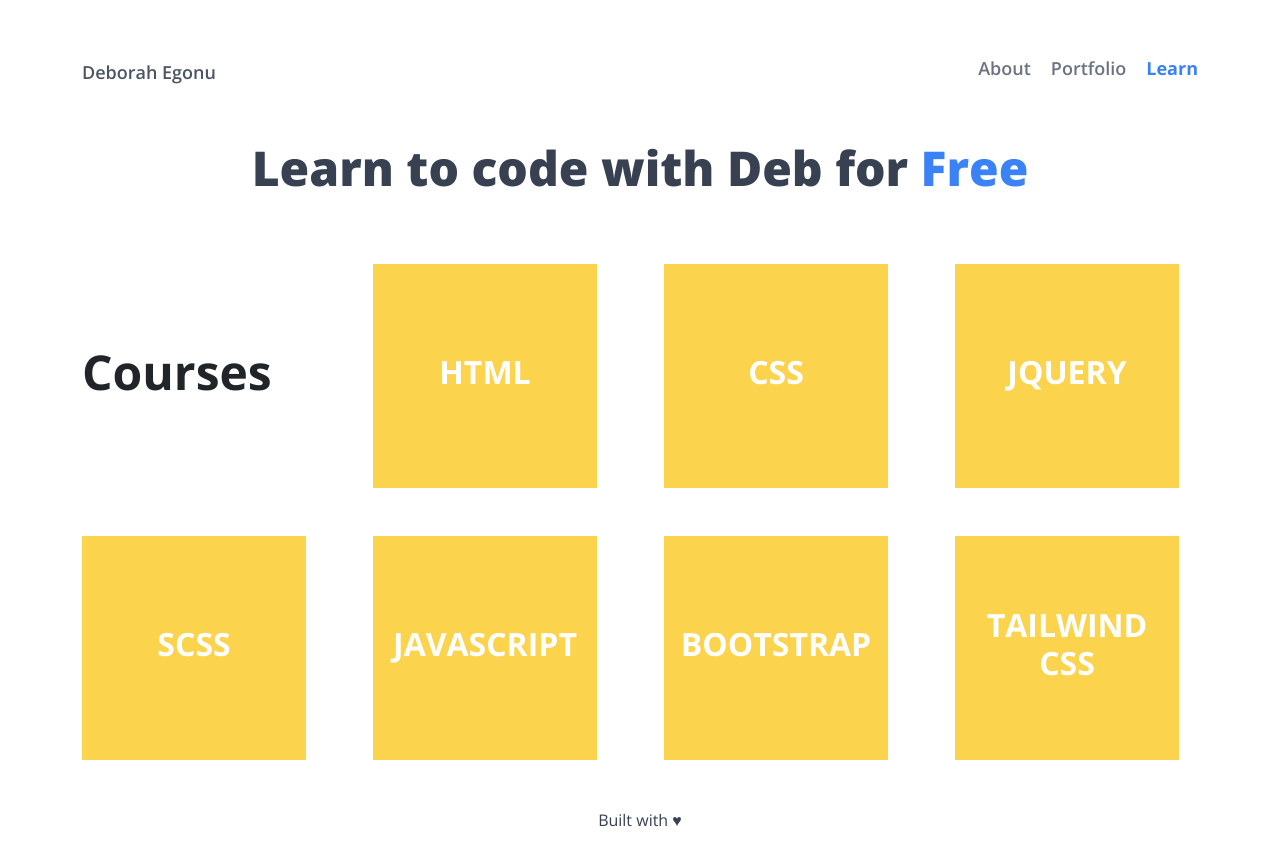
Repository: latenightsnacc/codewithdeb
Page: learn.html
These files come from the project's save history. The page is drawn as it stood at one moment and after the next save; the edit follows.
The browser window is 1280 px wide. The pictures show the whole page.
The style sheet was rebuilt from its Sass, Less or Tailwind sources for each picture, by a compiler version that may differ from the author's.

Above is the page before, as saved 2021-06-07 12:57:24.

After the next save:
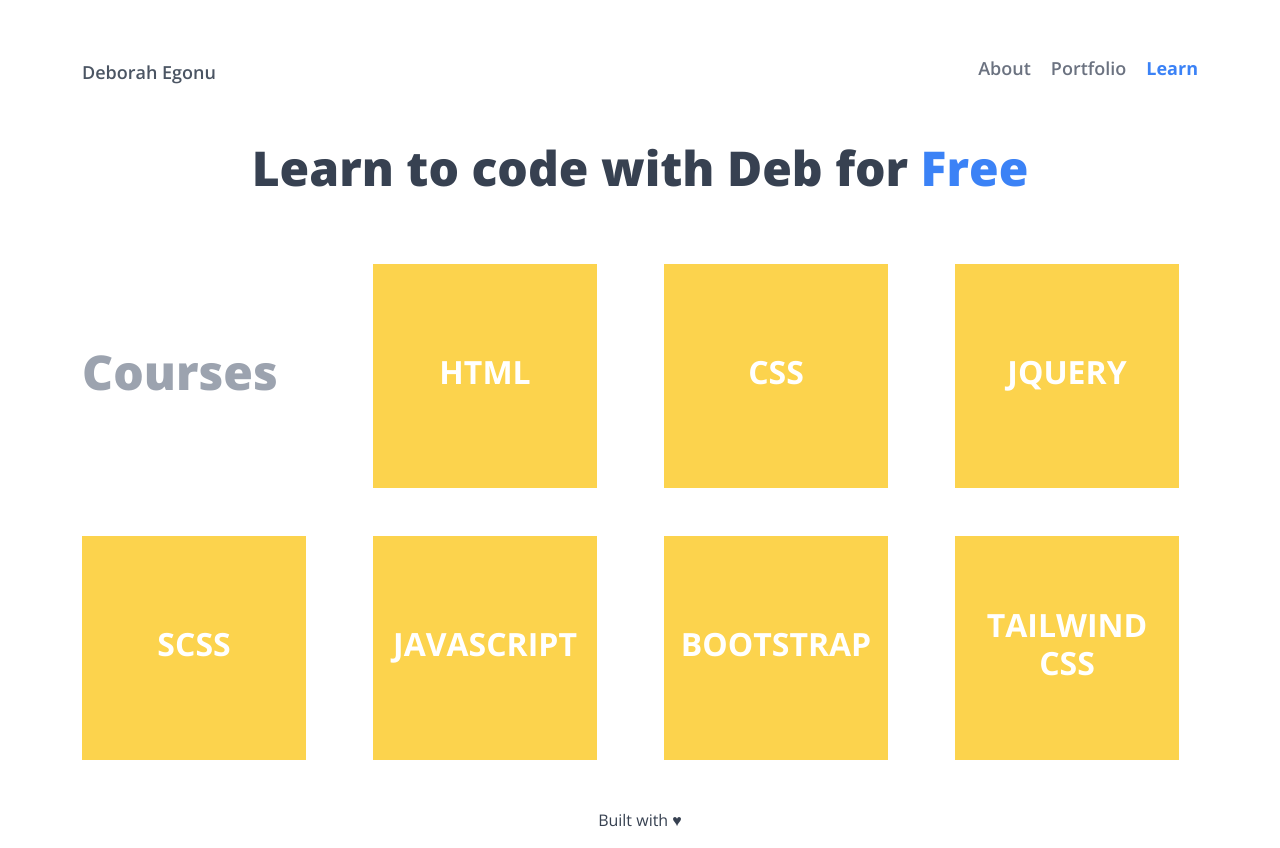
Saved 32 s later.
--- a/learn.html
+++ b/learn.html
@@ -52,7 +52,7 @@
         <div class="">
             <div class="grid grid-rows-1 grid-cols-4 gap-5">
                 <div class="grid grid-cols-2 grid-rows-1 w-100 h-56 flex items-center">
-                    <h2 class="text-center text-5xl capitalize font-bold">courses</h2>
+                    <h2 class="text-center text-5xl capitalize font-black text-gray-400">courses</h2>
                 </div>
                 <div class="bg-yellow-300 w-56 h-56 flex justify-center items-center text-center">
                     <h2 class="text-white font-bold">HTML</h2>
